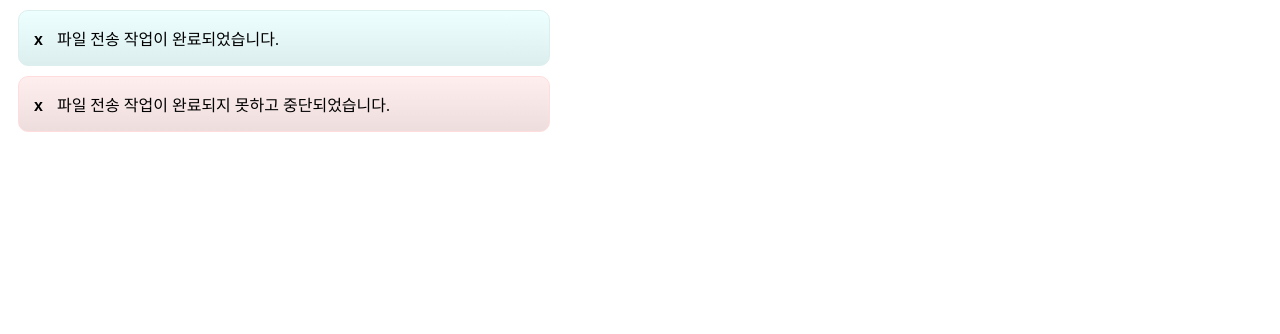
Repository: 5anniversary/JSPhw
Page: html1/WebContent/02practice/pwchange.html
An editor plug-in stored every save of this project. The page is shown before and after the next save, followed by the edit.
The browser window is 1280 px wide. The pictures show the whole page.

Above is the page before, as saved 2020-04-11 09:52:13.

After the next save:
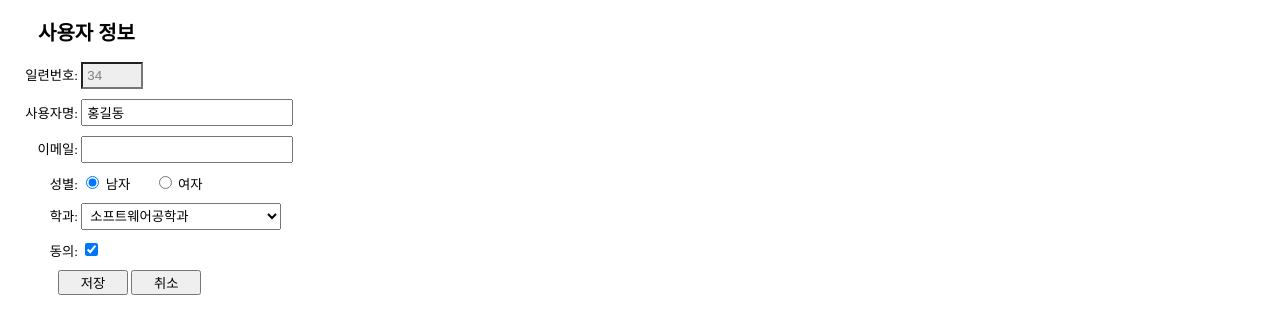
Saved 2 min 57 s later.
--- a/html1/WebContent/02practice/pwchange.html
+++ b/html1/WebContent/02practice/pwchange.html
@@ -1 +1,52 @@
-<!DOCTYPE html> <html> <head> <meta http-equiv="Content-Type" content="text/html; charset=utf-8"> <style> div { width: 500px; border-radius: 10px; padding: 15px; margin: 10px; } div.info { background: linear-gradient(#eff, #dee); border: 1px solid #dee; } div.error { background: linear-gradient(#fee, #edd); border: 1px solid #fdd; } div span { font-weight: bold; font-family: arial; margin-right: 10px; cursor: pointer; } </style> </head> <body> <div class="info"> <span>x</span> 파일 전송 작업이 완료되었습니다. </div> <div class="error"> <span>x</span> 파일 전송 작업이 완료되지 못하고 중단되었습니다. </div> </body> </html>
+<!DOCTYPE html>
+<html>
+<head>
+<meta http-equiv="Content-Type" content="text/html; charset=utf-8">
+<style>
+body { font-family: 굴림; font-size: 10pt;}
+h2 { margin-left: 30px; }
+div { margin-bottom: 10px; }
+label:first-child {	display: inline-block; width: 70px; text-align: right; }
+label:not(:first-child ) { display: inline-block; margin-right: 20px; }
+input[type=text], select {padding: 4px;width: 200px;}
+input[readonly] {background-color: #eee;color: gray;width: 50px}
+input[type=text]:focus {background-color: #efe;}
+input[type=submit] {margin-left: 50px;width: 70px;}
+input[type=reset] {	width: 70px; }
+</style>
+</head>
+<body>
+	<form method="post">
+		<h2>사용자 정보</h2>
+		<div>
+			<label>일련번호:</label> <input type="text" name="no" readonly value="34" />
+		</div>
+		<div>
+			<label>사용자명:</label> <input type="text" name="username" value="홍길동" />
+		</div>
+		<div>
+			<label>이메일:</label> <input type="text" name="email" />
+		</div>
+		<div>
+			<label>성별:</label> <input id="r1" type="radio" name="sex"
+				value="male" checked /> <label for="r1">남자</label> <input id="r2"
+				type="radio" name="sex" value="female" /> <label for="r2">여자</label>
+		</div>
+		<div>
+			<label>학과:</label> <select name="department">
+				<option value="sw">소프트웨어공학과</option>
+				<option value="ce">컴퓨터공학과</option>
+				<option value="ic">정보통신공학과</option>
+				<option value="gi">글로컬IT공학과</option>
+			</select>
+		</div>
+		<div>
+			<label for="c1">동의:</label> <input id="c1" type="checkbox"
+				name="check" checked />
+		</div>
+		<div>
+			<input type="submit" value="저장" /> <input type="reset" value="취소" />
+		</div>
+	</form>
+</body>
+</html>
